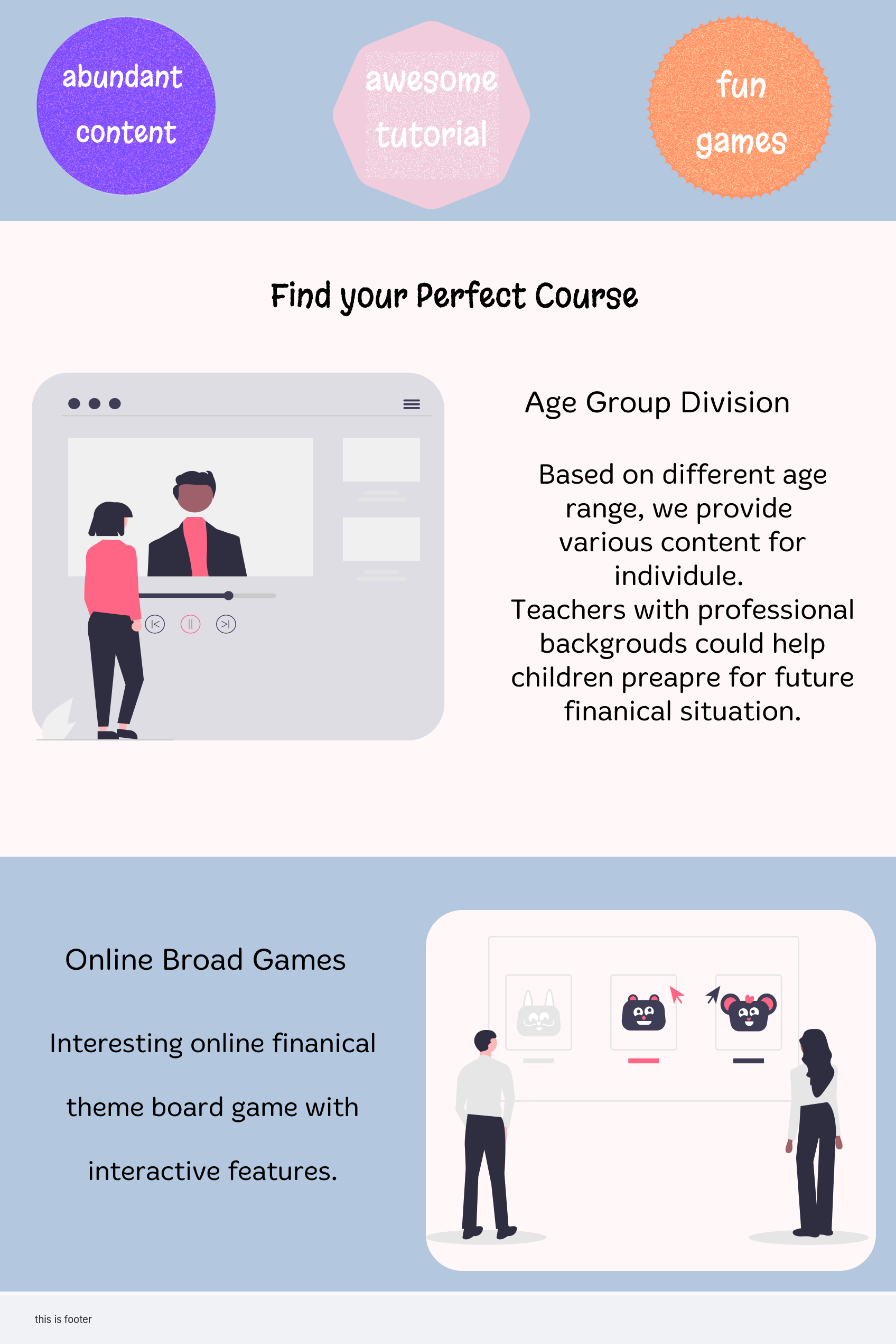
Repository: Zoe-XJ-Zhang/Goldilocks
Page: /
These files come from the project's save history. The page is drawn as it stood at one moment and after the next save; the edit follows.
The browser window is 1280 px wide. The pictures show the part of the page from y = 846 to 2766 px (the page is 2766 px tall), at 70% of full size.
The project was rebuilt for these pictures with package versions that can differ from the ones it lists, and the page was loaded fresh each time. Also part of the build but not shown: src/page/roadmapPage/roadmapPage.js, src/page/aboutPage/aboutPage.js.

Above is the page before, as saved 2022-08-31 14:54:56.

### public/index.html
<!DOCTYPE html>
<html lang="en">
  <head>
    <meta charset="utf-8" />
    <link rel="icon" href="./logo.jpg" />
    <meta name="viewport" content="width=device-width, initial-scale=1" />
    <meta name="theme-color" content="#000000" />
    <meta
      name="description"
      content="Web site created using create-react-app"
    />
    <title>Goldilocks</title>
  </head>
  <body>
    <noscript>You need to enable JavaScript to run this app.</noscript>
    <div id="root"></div>
  </body>
</html>

### src/App.js
import "./App.css";
import { Layout } from "antd";
import { Route, Routes } from "react-router-dom";
import HomePage from "./page/homePage/homePage";
import RoadmapPage from "./page/roadmapPage/roadmapPage";
import AboutPage from "./page/aboutPage/aboutPage";

const { Header, Footer, Content } = Layout;

function App() {
  return (
    <div className="App">
      <Header>this is header</Header>
      <Content>
        <Routes>
          <Route path="/*" element={<HomePage />}></Route>
          <Route path="/home" element={<HomePage />}></Route>
          <Route path="/roadmap" element={<RoadmapPage />}></Route>
          <Route path="/aboutus" element={<AboutPage />}></Route>
        </Routes>
      </Content>
      <Footer>this is footer</Footer>
    </div>
  );
}

export default App;

### src/page/homePage/homePage.js
import React from 'react';
import './homePage.css';

import homepage from '../../images/home_page.png'
const HomePage = () => {
    return (<div className='homepage'>
        {/* <Image src={homepage}  alt="asd" title="QW"></Image> */}
        <img src={homepage} alt="" />
    </div>);

};

export default HomePage;

### src/page/homePage/homePage.css
img{
    width: 100%;
    height: 100%;
    object-fit: contain;
}

Loaded but not shown: src/index.js (common file); src/index.css (common file); src/reportWebVitals.js (common file); src/App.css (common file)

After the next save:
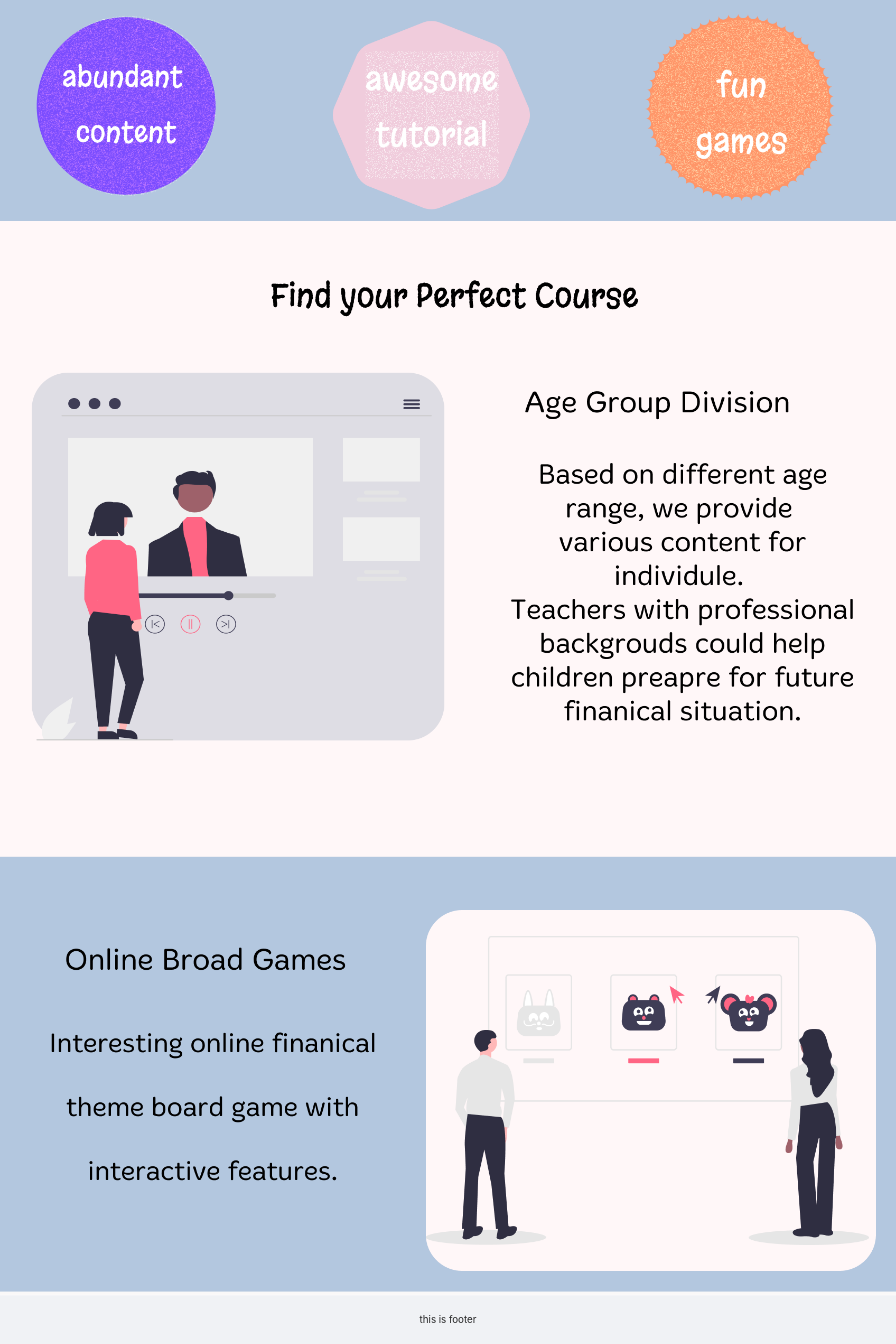
Saved 12 s later.
--- a/src/App.js
+++ b/src/App.js
@@ -19,7 +19,9 @@
           <Route path="/aboutus" element={<AboutPage />}></Route>
         </Routes>
       </Content>
-      <Footer>this is footer</Footer>
+      <Footer style={{
+            textAlign: 'center',
+          }}>this is footer</Footer>
     </div>
   );
 }
